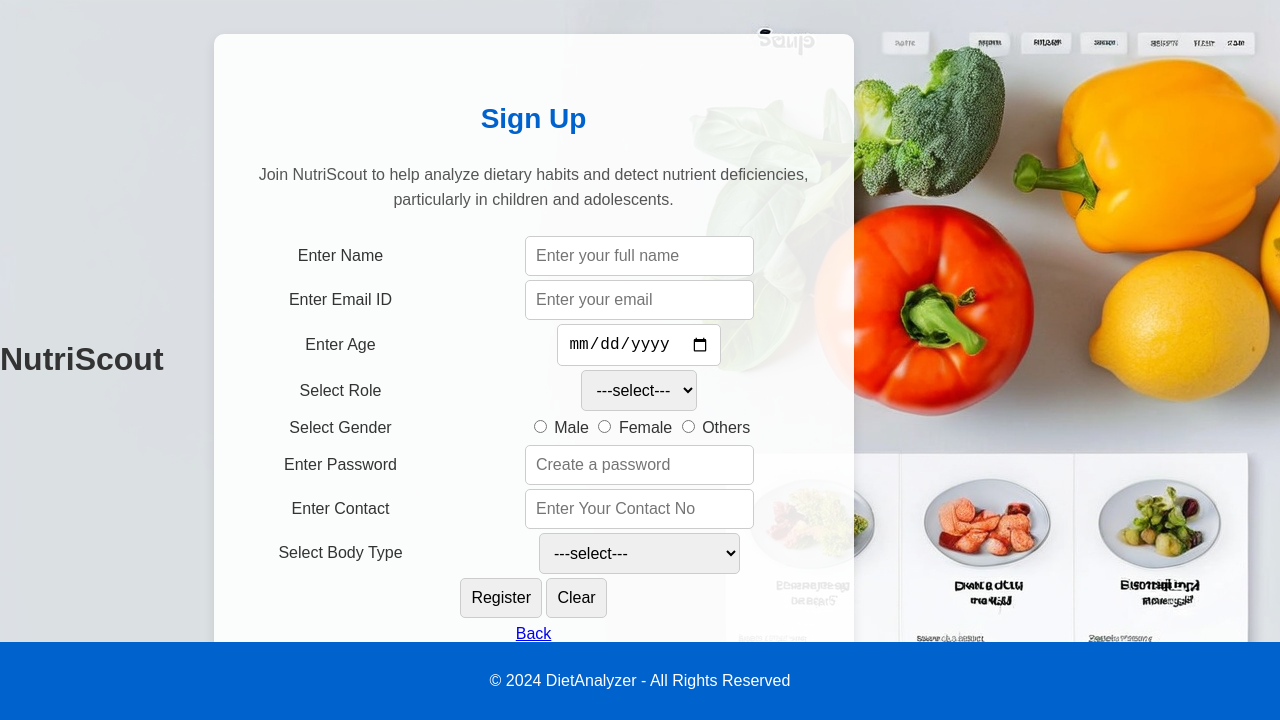
Repository: chaitanyasivathmika/NutrientDiet
Page: http://localhost/NutrientDiet/userreg.jsp
An editor plug-in stored every save of this project. The page is shown before and after the next save, followed by the edit.
The browser window is 1280 px wide. The pictures show the whole page.
The page is served by Tomcat 10.

Above is the page before, as saved 2024-11-17 04:42:05.

After the next save:
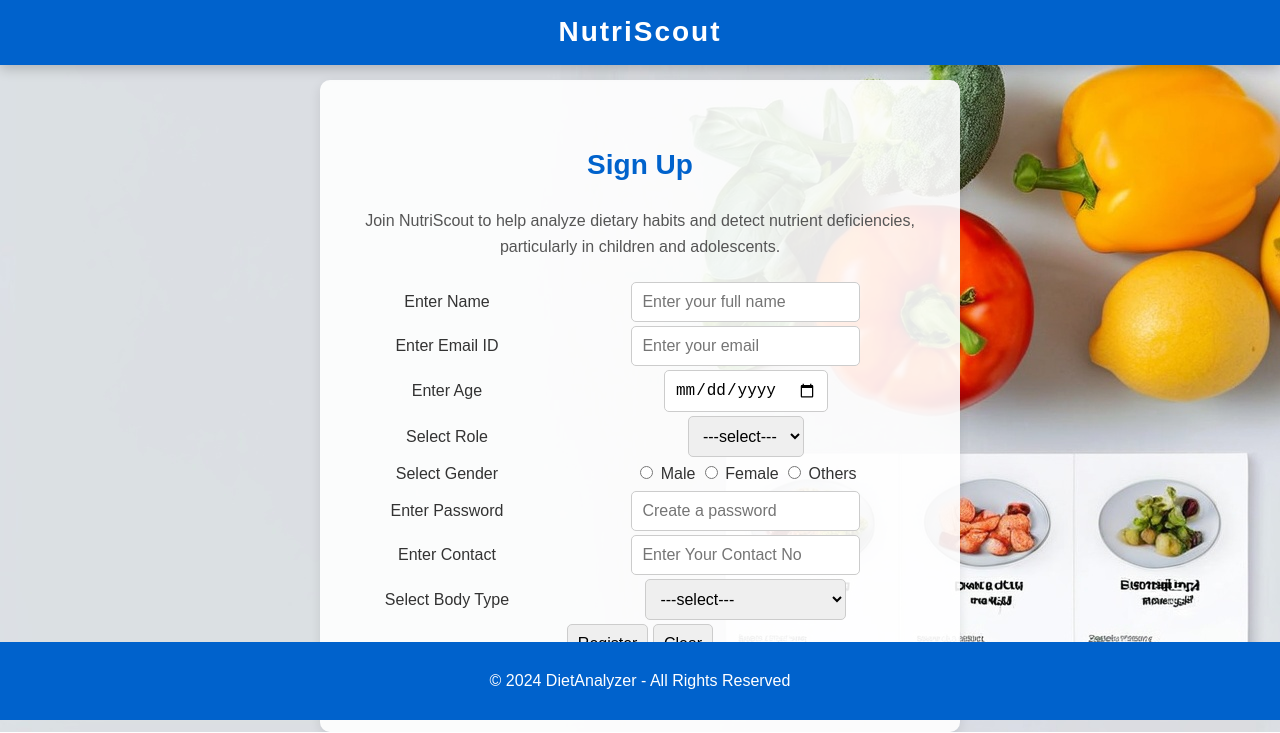
Saved 2 min 1 s later.
--- a/NutrientDiet/src/main/webapp/userreg.jsp
+++ b/NutrientDiet/src/main/webapp/userreg.jsp
@@ -14,17 +14,34 @@
     color: #333;
     line-height: 1.6;
     display: flex;
-    justify-content: flex-start;
+    flex-direction: column;
     align-items: center;
     height: 100vh;
     margin: 0;
 }
 
-/* Center the form in the left corner */
+header {
+    background-color: #0062cc; /* NutriScout brand color */
+    color: white;
+    width: 100%;
+    text-align: center;
+    padding: 10px 0;
+    position: fixed;
+    top: 0;
+    left: 0;
+    box-shadow: 0 4px 12px rgba(0, 0, 0, 0.2);
+}
+
+header h1 {
+    margin: 0;
+    font-size: 28px;
+    letter-spacing: 2px;
+}
+
 main {
     padding: 40px 20px;
     max-width: 600px;
-    margin-left: 50px;
+    margin-top: 80px; /* To avoid overlap with the fixed header */
     background-color: rgba(255, 255, 255, 0.9); /* Add transparency */
     box-shadow: 0 4px 12px rgba(0, 0, 0, 0.1);
     border-radius: 10px;

After the save that followed:
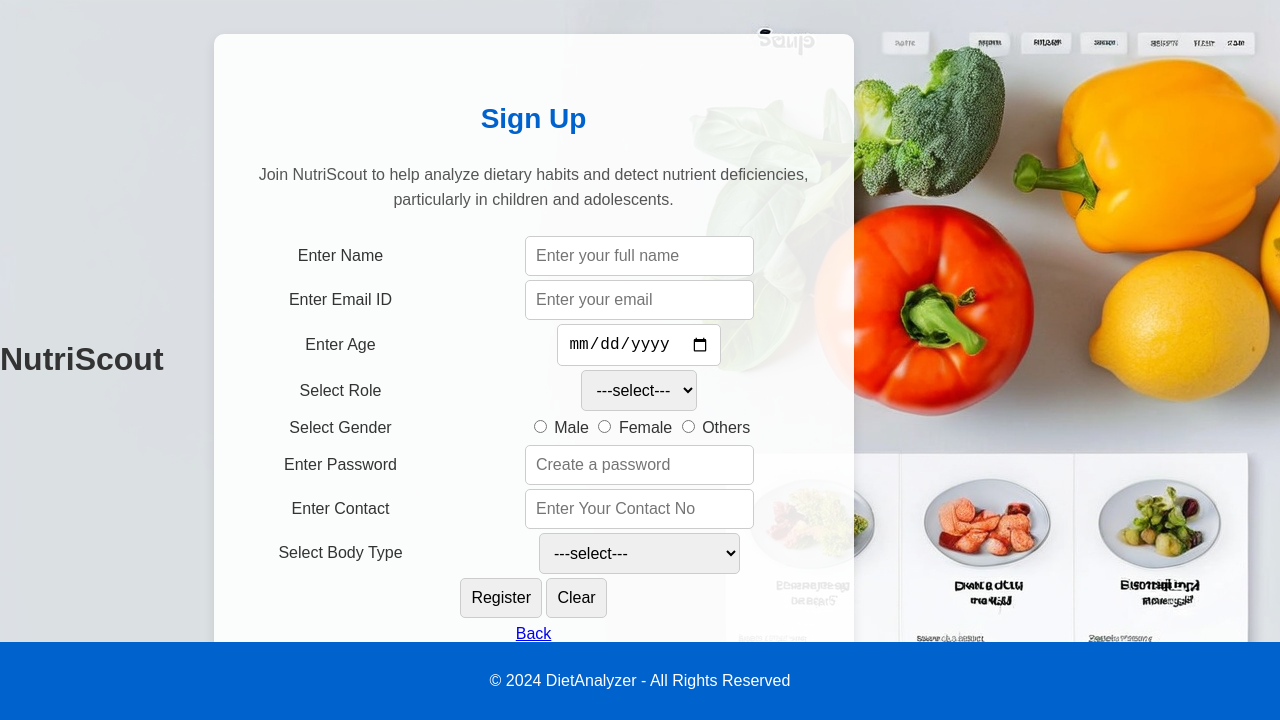
Saved 10 s later.
--- a/NutrientDiet/src/main/webapp/userreg.jsp
+++ b/NutrientDiet/src/main/webapp/userreg.jsp
@@ -14,34 +14,17 @@
     color: #333;
     line-height: 1.6;
     display: flex;
-    flex-direction: column;
+    justify-content: flex-start;
     align-items: center;
     height: 100vh;
     margin: 0;
 }
 
-header {
-    background-color: #0062cc; /* NutriScout brand color */
-    color: white;
-    width: 100%;
-    text-align: center;
-    padding: 10px 0;
-    position: fixed;
-    top: 0;
-    left: 0;
-    box-shadow: 0 4px 12px rgba(0, 0, 0, 0.2);
-}
-
-header h1 {
-    margin: 0;
-    font-size: 28px;
-    letter-spacing: 2px;
-}
-
+/* Center the form in the left corner */
 main {
     padding: 40px 20px;
     max-width: 600px;
-    margin-top: 80px; /* To avoid overlap with the fixed header */
+    margin-left: 50px;
     background-color: rgba(255, 255, 255, 0.9); /* Add transparency */
     box-shadow: 0 4px 12px rgba(0, 0, 0, 0.1);
     border-radius: 10px;
